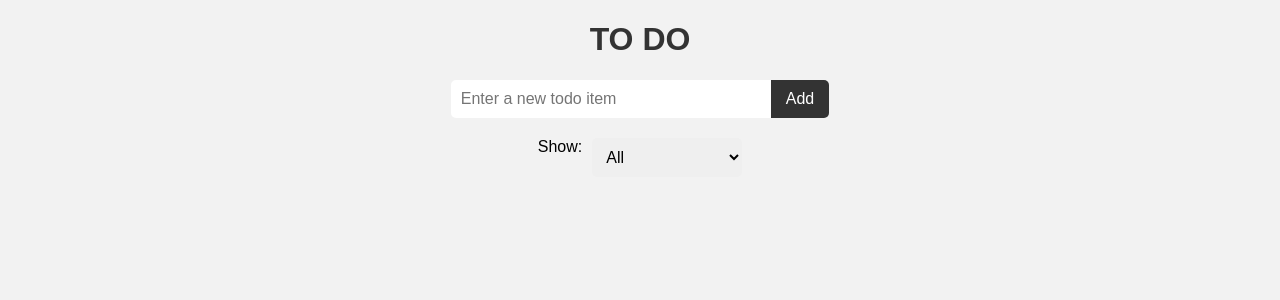
Repository: koki-ota0/todoApp
Page: http://localhost/
The author's editor kept a record of every edit. The page is drawn from the files as they stood at one moment, then again after the next edit.
The browser window is 1280 px wide. The pictures show the whole page.
The page is served by the project's application, run on Flask 3 (main.py).

Above is the page before.

After the next edit:
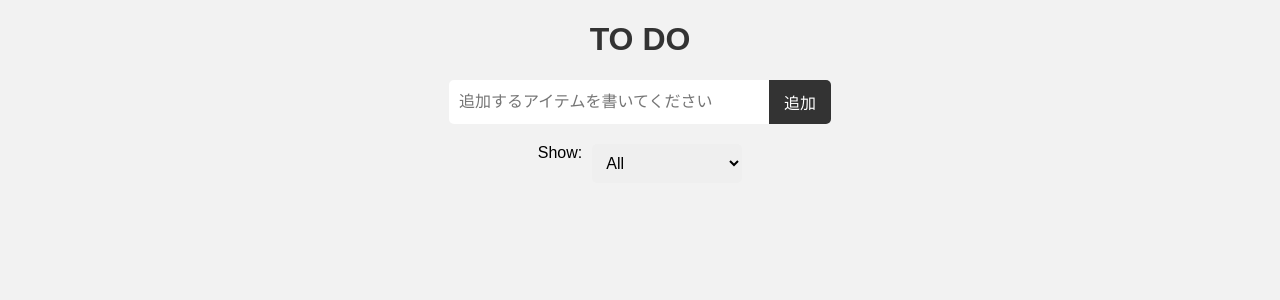
The edit:
--- a/templates/index.html
+++ b/templates/index.html
@@ -8,8 +8,8 @@
 <body>
     <h1>TO DO</h1>
     <form id="addForm">
-        <input id="todoInput" type="text" name="todo" placeholder="Enter a new todo item" required>
-        <button type="submit">Add</button>
+        <input id="todoInput" type="text" name="todo" placeholder="追加するアイテムを書いてください" required>
+        <button type="submit">追加</button>
     </form>
     <div>
         <label>Show:</label>
